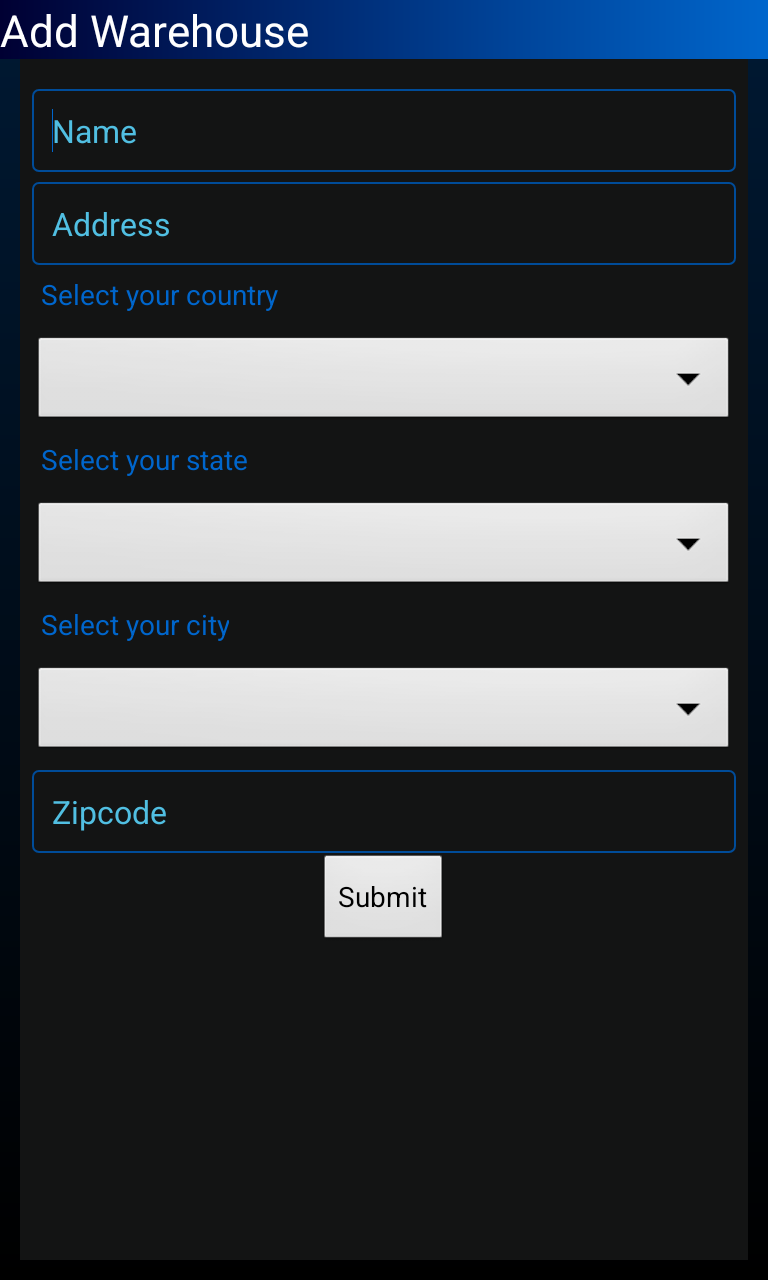
Repository: jasleen1291/B2BMobileApplication
Layout: Mobile E Commerce/B2B/res/layout/fragment_view_all_warehouse.xml
An editor plug-in stored every save of this project. The layout is shown before and after the next save, followed by the edit.
It is drawn on a 768 x 1280 px phone screen (xhdpi) without system bars, with theme mycustomtheme; the app's code is not run.

Above is the layout before, as saved 2013-05-27 16:11:20.

### Mobile E Commerce/B2B/res/layout/fragment_view_all_warehouse.xml
<ScrollView xmlns:android="http://schemas.android.com/apk/res/android"
    xmlns:tools="http://schemas.android.com/tools"
    android:layout_width="match_parent"
    android:layout_height="match_parent">
<LinearLayout
    android:layout_width="match_parent"
    android:layout_height="wrap_content"
    android:orientation="vertical"
    tools:context=".AddWarehouse" >

    <!-- TODO: Update blank fragment layout -->



    <TextView
        style="@style/titlebarstyle"
        android:text="@string/addWarehouse" />

    <EditText
        android:id="@+id/editText1"
        android:layout_width="match_parent"
        android:layout_height="wrap_content"
        android:hint="@string/name"
        style="@style/EditTextStyle"
        android:ems="10" >

        <requestFocus />
    </EditText>

    <EditText
        android:id="@+id/editText2"
        android:layout_width="match_parent"
        android:layout_height="wrap_content"
        style="@style/EditTextStyle"
        android:hint="@string/address"
        android:ems="10" />
     <TextView
                style="@style/TextViewStyle"
                android:paddingLeft="15dp"
                android:paddingRight="15dp"
                android:text="@string/country" />

            <Spinner
                android:id="@+id/country"
                style="@style/SpinnerStyle"
                android:prompt="@string/country"


                />

            <TextView
                style="@style/TextViewStyle"
                android:paddingLeft="15dp"
                android:paddingRight="15dp"
                android:text="@string/state" />

            <Spinner
                android:id="@+id/state"
                style="@style/SpinnerStyle"
                android:prompt="@string/state" />

            <TextView
                style="@style/TextViewStyle"
                android:paddingLeft="15dp"
                android:paddingRight="15dp"
                android:text="@string/city" />

            <Spinner
                android:id="@+id/city"
                style="@style/SpinnerStyle"
                android:prompt="@string/city" />

            <EditText
                android:id="@+id/zipcode"
                style="@style/EditTextStyle"
                android:hint="@string/zipcode"
                android:imeOptions="actionDone"
                android:inputType="number"
                 />

    <Button
        android:id="@+id/submit"
        android:layout_width="wrap_content"
        android:layout_height="wrap_content"
        android:layout_gravity="center_horizontal"
        android:text="@string/submit" />


</LinearLayout>
</ScrollView>

### Mobile E Commerce/B2B/res/values/mycustomtheme.xml
<?xml version="1.0" encoding="utf-8"?>
<resources xmlns:android="http://schemas.android.com/apk/res/android">
    <style name="mycustomtheme" parent="@android:style/Theme.NoTitleBar.Fullscreen">
        <item name="android:windowBackground">@drawable/mybg</item>
       	<item name="android:textColor">#0066cc</item>
       	<item name="android:textColorHint">#51BFE2</item>
    </style>

</resources>

### Mobile E Commerce/B2B/res/drawable/mybg.xml
<?xml version="1.0" encoding="utf-8"?>
<layer-list  xmlns:android="http://schemas.android.com/apk/res/android">
    <item>
<shape android:shape="rectangle">



        <gradient android:startColor="#001933"  android:endColor="#000" android:angle="270"/>


</shape>
</item>
<item android:left="10dp" android:top="10dp" android:right="10dp" android:bottom="10dp">

<shape android:shape="rectangle">



        <solid android:color="#131414"></solid>


</shape>
</item>
</layer-list>

### Mobile E Commerce/B2B/res/values/styles.xml
<?xml version="1.0" encoding="utf-8"?>
<resources xmlns:android="http://schemas.android.com/apk/res/android">

    <!--
        Base application theme, dependent on API level. This theme is replaced
        by AppBaseTheme from res/values-vXX/styles.xml on newer devices.

    -->
    <style name="AppBaseTheme" parent="android:Theme.Light">
        <!--
            Theme customizations available in newer API levels can go in
            res/values-vXX/styles.xml, while customizations related to
            backward-compatibility can go here.

        -->
    </style>

    <!-- Application theme. -->
    <style name="AppTheme" parent="AppBaseTheme">
        <!-- All customizations that are NOT specific to a particular API-level can go here. -->
    </style>

    <style name="LoginFormContainer">
        <item name="android:layout_width">match_parent</item>
        <item name="android:layout_height">wrap_content</item>
        <item name="android:padding">16dp</item>
    </style>
    <style name="TextViewStyle">
        <item name="android:layout_width">wrap_content</item>
        <item name="android:layout_height">wrap_content</item>
        <item name="android:gravity">right</item>
        <item name="android:textSize">14sp</item>
        <item name="android:textColor">#0066cc</item>
        <item name="android:layout_margin">5dp</item>
    </style>
	<style name="EditTextStyle">
        <item name="android:layout_width">match_parent</item>
        <item name="android:layout_height">wrap_content</item>
        <item name="android:textSize">16sp</item>
        <item name="android:textColor">#0066cc</item>

        <item name="android:layout_marginLeft">16dp</item>
        <item name="android:layout_marginRight">16dp</item>
        <item name="android:layout_marginTop">5dp</item>
        <item name="android:background">@drawable/textview_border</item>
    </style>
	<style name="SpinnerStyle">
        <item name="android:layout_width">match_parent</item>
        <item name="android:layout_height">wrap_content</item>
        <item name="android:textSize">16sp</item>
        <item name="android:textColor">#0066cc</item>

        <item name="android:layout_marginLeft">16dp</item>
        <item name="android:layout_marginRight">16dp</item>
        <item name="android:layout_marginTop">5dp</item>

    </style>
	<style name="titlebarstyle">
	    <item name="android:layout_marginBottom">10dp</item>
        <item name="android:layout_width">match_parent</item>
        <item name="android:layout_height">wrap_content</item>
        <item name="android:background">@drawable/titlebar</item>
        <item name="android:textColor">@android:color/white</item>
        <item name="android:textAppearance">?android:attr/textAppearanceLarge</item>
	</style>
	<style name="titlebarstylesmall">


        <item name="android:textColor">@android:color/white</item>

	</style>
</resources>

### Mobile E Commerce/B2B/res/values/strings.xml
<?xml version="1.0" encoding="utf-8"?>
<resources>

    <string name="app_name">B2B</string>
    <string name="action_settings">Settings</string>
    <string name="hello_world">Hello world!</string>
    <string name="Loading">Loading&#8230;&#8230;&#8230;</string>
    <string name="title_activity_sign_up">Sign Up</string>

    <string-array name="signUpAsArray">
        <item>Customer</item>
        <item>Retailer</item>
        <item>Supplier</item>
    </string-array>

    <string name="title_activity_registeration">RegisterationActivity</string>
    <string name="title_activity_customer_area">CustomerArea</string>
    <string name="welcome">Welcome</string>
    <string name="title_activity_admin_area">Admin_area</string>
    <string name="general_complaint_fragment">General Complaint</string>
    <string name="hello_blank_fragment">Hello blank fragment</string>
    <string name="general_complaint">General Complaint</string>
    <string name="respond">Respond</string>
    <string name="submit">Submit</string>
    <string name="addcategory">Parent Category</string>
    <string name="categoryhint">Category</string>
    <string name="AddParentCategory">Add super category</string>
    <string name="complaintAbout">Complaint About</string>
    <string name="complainFrom">Complaint From</string>
    <string name="itemComplaint">Complaints about Items</string>
    <string name="shopComplaint">Complaint about shop</string>
    <string name="generalNotification">General Notification</string>
    <string name="urgentNotification">Urgent Notification</string>
    <string name="title">Title</string>
    <string name="message">Message</string>
    <string name="markAll">Mark all</string>
    <string name="advertisementPricing">Advertisement Pricing</string>
    <string name="desc">Description</string>
    <string name="days">No of days</string>
    <string name="cost">Cost</string>
    <string name="size">Size of advertisement</string>
    <string name="type">Type</string>
    <string name="fine">Fine</string>
    <string name="pickCategory">Pick a Category</string>

    <string-array name="typeArray">
        <item>Retailer</item>
        <item>Supplier</item>
    </string-array>

    <string name="update">Update</string>
    <string name="delete">Delete</string>
    <string name="view_advertisement">View Advertisements</string>
    <string name="noofcategories">No of Categories</string>
    <string name="shoppricing">Shop Pricing</string>
    <string name="view_fine_pricing">View Fine Pricing</string>
    <string name="shop_pricing">Shop Pricing</string>
    <string name="subCategory">Add Sub Category</string>
    <string name="addshop">Add Shop</string>
    <string name="title_activity_pay_fine">Pay Fine</string>
    <string name="finetitle">Your account has been suspended by the admin. Pay fine to continue using this applciation.</string>
    <string name="fineabc">Your payment has been received. Your account will now be restored. Please wait few minutes</string>
    <string name="title_activity_retailer_area">Retailer_area</string>
    <string name="title_activity_first_time_login">FirstTimeLogin</string>
    <string name="EditMyCategories">Edit My Categories</string>
    <string name="addnewitem">Add New Item</string>
    <string name="itemname">Item Name</string>
    <string name="longdescription">Long Description</string>
    <string name="qtyperunit">Qty Per unit</string>
    <string name="unit_of_measurement">Unit of Measurement</string>
    <string name="shopName">Shop Name</string>
    <string name="description">Description</string>
    <string name="categoriesAllowed">No of categories allowed</string>
    <string name="itemsSelling">No of Items Selling</string>
    <string name="itemsAvailable">No of Items not Selling</string>
    <string name="expirydate">Expiry Date</string>
    <string name="paymentEmail">Payment Email</string>
    <string name="selectcategory">Select a Category</string>
    <string name="clicktochange">Click On Image To Change It</string>
    <string name="cp">C.P.</string>
    <string name="sp">S.P.</string>
    <string name="minorder">Min order</string>
    <string name="discount">Discount</string>
    <string name="qtyonorder">Qty. On Order</string>
    <string name="qtyonhand">Qty. On Hand</string>
    <string name="qty">Qty.</string>
    <string name="viewdetails">View Details</string>
    <string name="note">Long Click on Image to view expanded image</string>
    <string name="chngImg">Change Image</string>
    <string name="addWarehouse">Add Warehouse</string>
    <string name="name">Name</string>
    <string name="cancel">Cancel</string>
    <string name="itemavailabilty">Item Availabilty</string>
    <string name="batchDiscounts">Batch Discounts</string>
    <string name="clicktoupdate">Click to Update</string>
    <string name="add">Add</string>
    <string name="place_order">Place Order</string>
    <string name="Method">Method</string>
    <string name="warehouse">Warehouse</string>
    <string-array name="ordervia">
        <item >Email</item>
        <item >Phone</item>
    </string-array>
        <string name="total">Total</string>
        <string name="zero">0</string>
        <string name="totalitems">Total No of Items</string>
        <string name="date">Date</string>
        <string name="placed_by">Placed To</string>
        <string name="placed_to">Placed To</string>
        <string name="shipment_address">Shipment Address</string>
        <string name="vieworderlist">View Orders List</string>
        <string name="order_details">Order Details</string>
        <string name="update_status">Update Status</string>
        <string name="categories">Categories</string>
        <string name="plan_details">Plan Details</string>
        <string name="choose_background">Choose background</string>
        <string name="buy_advertisement">Buy Advertisement</string>
        <string name="choose_text_color">Choose text Color</string>
        <string name="view_warehouses">View Warehouse</string>

</resources>

### Mobile E Commerce/B2B/res/values/strings_activity_sign_up.xml
<?xml version="1.0" encoding="utf-8"?>
<resources>
    <string name="FirstName">First Name</string>
    <string name="LastName">Last Name</string>
    <string name="email">Email</string>
    <string name="phone1">Phone1</string>
    <string name="phone2">Phone2</string>
    <string name="address">Address</string>
    <string name="city">Select your city</string>
    <string name="state">Select your state</string>
    <string name="country">Select your country</string>
    <string name="zipcode">Zipcode</string>
    <string name="balance">Enter your opening balance</string>
    <string name="SignUpAs">Signup As</string>
    <string name="done">Done</string>
    <string name="updateInfo">Update Info</string>

</resources>

### Mobile E Commerce/B2B/res/drawable/textview_border.xml
<?xml version="1.0" encoding="utf-8"?>
<shape xmlns:android="http://schemas.android.com/apk/res/android" android:shape="rectangle">
    <corners android:radius="3dp"></corners>
	<stroke android:width="1dp" android:color="#004C99"/>
	<padding android:left="10dp" android:top="10dp" android:right="10dp" android:bottom="10dp"/>
</shape>

### Mobile E Commerce/B2B/res/drawable/titlebar.xml
<?xml version="1.0" encoding="utf-8"?>
<shape xmlns:android="http://schemas.android.com/apk/res/android" android:shape="rectangle">
    <gradient  android:endColor="#0066CC" android:startColor="#000033"/>

</shape>

After the next save:
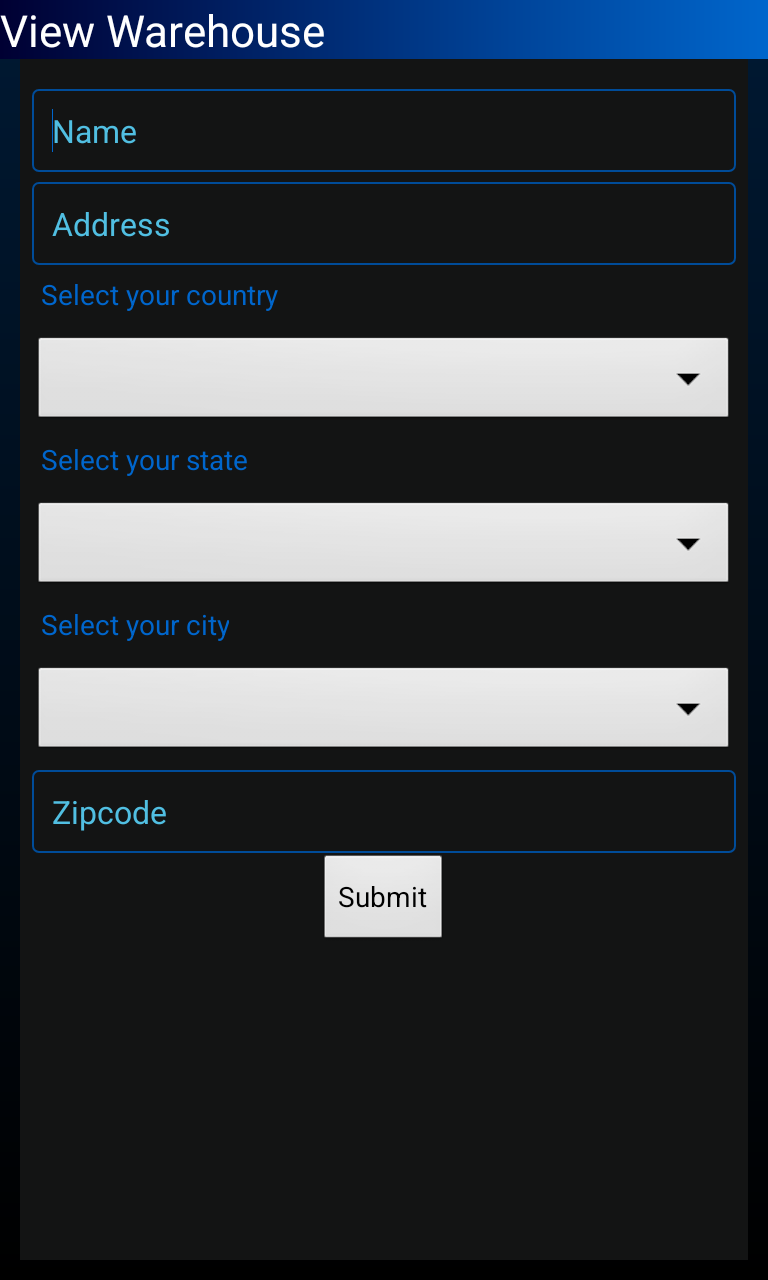
Saved 4 min 8 s later.
--- a/Mobile E Commerce/B2B/res/layout/fragment_view_all_warehouse.xml
+++ b/Mobile E Commerce/B2B/res/layout/fragment_view_all_warehouse.xml
@@ -6,7 +6,7 @@
     android:layout_width="match_parent"
     android:layout_height="wrap_content"
     android:orientation="vertical"
-    tools:context=".AddWarehouse" >
+    >
 
     <!-- TODO: Update blank fragment layout -->
 
@@ -14,7 +14,7 @@
 
     <TextView
         style="@style/titlebarstyle"
-        android:text="@string/addWarehouse" />
+        android:text="@string/view_warehouses" />
 
     <EditText
         android:id="@+id/editText1"
